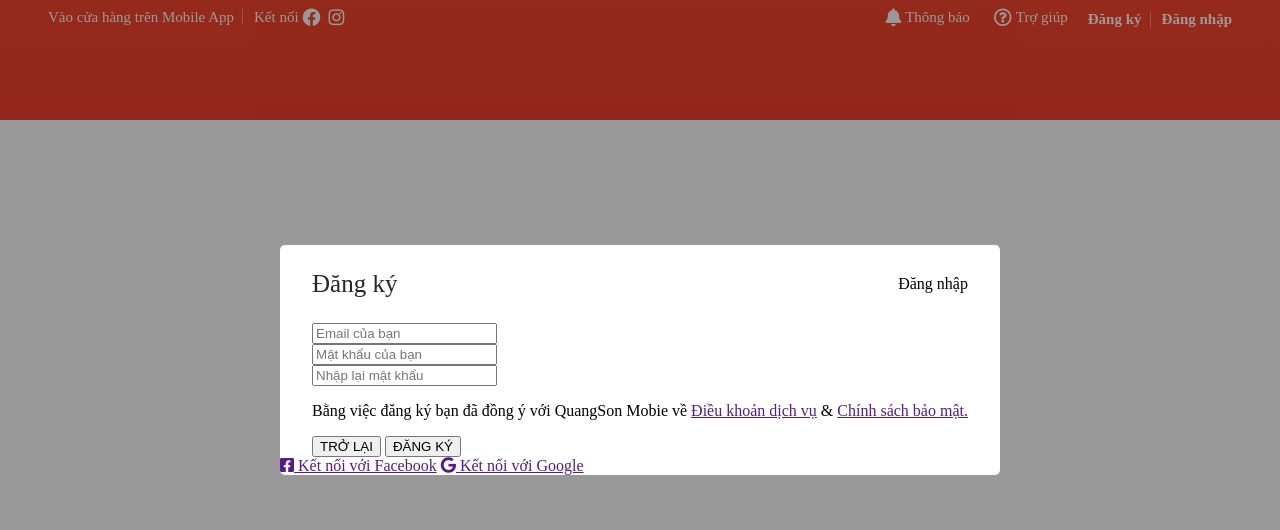
Repository: Qson412/BTL_Web
Page: index.html
These files come from the project's save history. The page is drawn as it stood at one moment and after the next save; the edit follows.
The browser window is 1280 px wide. The pictures show the whole page.

Above is the page before, as saved 2021-11-29 11:09:28.

### index.html
<!DOCTYPE html>
<html lang="en">

<head>
    <meta charset="UTF-8">
    <meta http-equiv="X-UA-Compatible" content="IE=edge">
    <meta name="viewport" content="width=device-width, initial-scale=1.0">
    <link rel="stylesheet" href="./base.css">
    <link rel="stylesheet" href="./main.css">
    <link rel="stylesheet" href="./fontawesome-free-5.15.4-web/css/all.min.css">
    <title>Trang trủ</title>
</head>

<body>
    <div class="app">
        <!-- HEADER -->
        <header class="header">
            <div class="grid">
                <nav class="header__navbar">
                    <ul class="header__navbar-list">
                        <li class="header__navbar-item header__navbar-item--has-qr header__navbar-item--separate">
                            Vào cửa hàng trên Mobile App
                            <!--Link Dowloads App in QR, GG Play and AppStore-->
                            <div class="header__qr">
                                <img src="./uploads/qr_code.png" alt="QR code" class="header__qr-img">
                                <div class="header__qr-app">
                                    <!--Link Dowloads App in GG Play-->
                                    <a href="https://play.google.com/store/apps/details?id=com.shopee.vn&hl=vi&gl=US"
                                        class="header__qr-link"><img src="./uploads/gg_play.png" alt="Google Play"
                                            class="header__qr-dowloads-img"></a>
                                    <!--Link Dowloads App in AppStore-->
                                    <a href="https://apps.apple.com/vn/app/id959841449" class="header__qr-link"><img
                                            src="./uploads/appstore.png" alt="App Store"
                                            class="header__qr-dowloads-img"></a>
                                </div>
                            </div>
                        </li>
                        <li class="header__navbar-item">
                            <span class="header__navbar-title--no-poiter">Kết nối</span>
                            <a href="https://www.facebook.com/" class="header__navbar-icon-link"><i
                                    class="header__navbar-icon fab fa-facebook"></i></a>
                            <a href="https://www.instagram.com/" class="header__navbar-icon-link"><i
                                    class="header__navbar-icon fab fa-instagram"></i></a>
                        </li>
                    </ul>

                    <ul class="header__navbar-list">
                        <li class="header__navbar-item header__navbar-item--has-notify"><a href="" class="header__navbar-item-link">
                                <i class="header__navbar-icon fas fa-bell"></i>
                                Thông báo</a>
                                <!-- Header Notification-->
                                <div class="header__notify">
                                    <header class="header__notify-header">
                                        <h3> Thông báo mới nhận</h3>
                                    </header>
                                    <ul class="header__notify-list">
                                        <li class="header__notify-item header__notify-item--viewed">
                                            <a href="" class="header__notify-link">
                                                <img src="https://cf.shopee.vn/file/3096ba0dd1902385608dca97184bb28b_tn" alt="" class="header__notify-img">
                                                <div class="header__notify-info">
                                                    <span class="header__notify-name">
                                                        Dòng điện thoại SamSung chính hãng vừa ra mắt. </span>
                                                    <span class="header__notify-descriotion">
                                                        Mô tả: SamSung Galaxy Z Fold3 5G.
                                                    </span>
                                                </div>
                                            </a>
                                        </li>

                                        <li class="header__notify-item header__notify-item--viewed">
                                            <a href="" class="header__notify-link">
                                                <img src="https://cf.shopee.vn/file/98a817a6d4d54cbe3c3f241815fc9c8f" alt="" class="header__notify-img">
                                                <div class="header__notify-info">
                                                    <span class="header__notify-name">
                                                        Siêu sale hàng chính hãng cùng Oppo </span>
                                                    <span class="header__notify-descriotion">
                                                        Mô tả: OPPO RENO 6(8GB | 128GB) - Hàng chính hãng.
                                                    </span>
                                                </div>
                                            </a>
                                        </li>

                                        <li class="header__notify-item header__notify-item--viewed">
                                            <a href="" class="header__notify-link">
                                                <img src="https://cf.shopee.vn/file/cd2c1b70c092a7ce16bf17bdd33a638e" alt="" class="header__notify-img">
                                                <div class="header__notify-info">
                                                    <span class="header__notify-name">
                                                        Xiaomi đang giảm giá dòng sản phẩm mới với giá cực sốc.</span>
                                                    <span class="header__notify-descriotion">
                                                        Mô tả: Xiaomi Redmi 10(4GB|128GB) - Hàng chính hãng.
                                                    </span>
                                                </div>
                                            </a>
                                        </li>
                                    </ul>
                                    <footer class="header__notify-footer">
                                        <a href="" class="header__notify-footer-btn">Xem tất cả</a>
                                    </footer>
                                </div>
                        </li>
                        <li class="header__navbar-item"><a href="" class="header__navbar-item-link">
                                <i class="header__navbar-icon far fa-question-circle"></i>
                                Trợ giúp</a>
                        </li>
                        <li class="header__navbar-item header__navbar-item--strong header__navbar-item--separate">Đăng
                            ký</li>
                        <li class="header__navbar-item header__navbar-item--strong">Đăng nhập</li>
                    </ul>
                </nav>
            </div>

        </header>

        <div class="container">

        </div>

        <footer class="footer">

        </footer>
    </div>
    <!-- Modal Body-->
    <div class="modal">
        <div class="modal__overlay"> </div>

        <div class="modal__body">
            <div class="modal__inner">
               <!-- Regiser/Login Form-->
               <div class="auth-form">
                   <div class="auth-form__container">
                    <div class="auth-form__header">
                        <h3 class="auth-form__heading">Đăng ký</h3>
                        <span class="auth-form__switch-btn">Đăng nhập</span>
                    </div>

                    <div class="auth-form__form">
                        <div class="auth-form__group">
                            <input type="text" class="auth-form__input" placeholder="Email của bạn">
                        </div>
                        <div class="auth-form__group">
                            <input type="password" class="auth-form__input" placeholder="Mật khẩu của bạn">
                        </div>
                        <div class="auth-form__group">
                            <input type="password" class="auth-form__input" placeholder="Nhập lại mật khẩu">
                        </div>
                    </div>
                    <div class="auth-form__aside">
                        <p class="auth-form__policy-text">Bằng việc đăng ký bạn đã đồng ý với QuangSon Mobie về
                        <a href="" class="auth-form__policy-link">Điều khoản dịch vụ</a> &
                        <a href="" class="auth-form__policy-link">Chính sách bảo mật.</a>
                        </p>
                    </div>
                    <div class="auth-form__controls">
                        <button class="btn">TRỞ LẠI</button>
                        <button class="btn btn--primary">ĐĂNG KÝ</button>
                    </div>
                   </div>

                    <div class="auth-form__socials">
                        <a href="" class="btn btn--with-icon">
                            <i class="fab fa-facebook-square"></i>
                            Kết nối với Facebook</a>
                        <a href="" class="btn btn--with-icon">
                            <i class="fab fa-google"></i>
                            Kết nối với Google</a>
                    </div>
               </div>
            </div>
        </div>
    </div>
</body>

</html>

### base.css
body{
    margin: 0;
    padding: 0;
}
.grid{
    width: 1200px;
    max-width: 100%;
    margin: 0 auto;
}

/* Animation */
@keyframes fadeIn{
    from{
        opacity: 0;
    }
    to{
        opacity: 1;
    }
}
/* Bien ma mau*/
:root{
    --primary-color: #ee4d2d;
}

/* Modal */
.modal{
    position: fixed;
    top: 0;
    right: 0;
    left: 0;
    bottom: 0;
    display: flex;
}

.modal__overlay{
    position: absolute;
    width: 100%;
    height: 100%;
    background-color: rgba(0,0,0, 0.4);
}

.modal__body{
    z-index: 1;
    position: relative;
   background-color: white;

    margin: auto;
    border-radius: 5px;
}

### main.css
.header{

    height: 120px;
    background-image: linear-gradient(0, #f63f2e, #f7462e);
}
.header__navbar{
    display: flex;
    justify-content: space-between;
}
.header__navbar-list{
    list-style: none;
    padding-left: 0;
    margin-top: 4px;
}

.header__navbar-icon-link{
    color: white;
    text-decoration: none;
}

.header__navbar-icon{
    font-size: 18px;
    margin: 0 4px;
}
.header__navbar-item{
    margin: 0 8px ;
    position: relative;
    min-height: 26px;
}
.header__navbar-item--has-qr:hover .header__qr{
    display: block;
}
.header__navbar-item--has-notify:hover .header__notify{
    display: block;
}
.header__navbar-item,
.header__navbar-item-link{
    display: inline-block;
    font-size: 15px;
    color: white;
    text-decoration: none;
   font-family: 'Times New Roman', Times, serif;
}
.header__navbar-item:hover,
.header__navbar-icon-link:hover,
.header__navbar-item-link:hover{
    cursor: pointer;
    color: rgba(255, 255, 255, 0.7);
}

.header__navbar-item,
.header__navbar-item-link,
.header__navbar-icon-link{
    display: inline-flex;
    align-items: center;
}
.header__navbar-item--strong{
    font-weight: 900;
}

.header__navbar-item--separate::after{
    content: "";
    display: block;
    position: absolute;
    border-left: 1px solid #FB9086;
    height: 16px;
    right: -9px;
    top: 50%;
    transform: translateY(-50%);
}

.header__navbar-title--no-poiter{
    cursor: text;
    color: white;
}

/* Header QR code */
.header__qr{
    width: 175px;
    background-color: white ;
    position: absolute;
    left: 0;
    top: 118%;
    padding: 8px;
    border-radius: 2px;
    display: none;
    animation: fadeIn ease-in 0.5s;
}
.header__qr::before{
    position: absolute;
    left: 0;
    top: -16px;
    width: 100%;
    height: 20px;
    content: "";
    display: block;
}
.header__qr-img{
    width: 100%;
}

.header__qr-app{
    display: flex;
    justify-content: space-between;
    /* width: 100%;*/
}

.header__qr-link:nth-child(1){
    margin-left: 11px;
}
.header__qr-link:nth-child(2){
    margin-right: 11px;
}
.header__qr-dowloads-img{
    height: 16px;
}
/* HEADER NOTI.fication */
.header__notify{
    position: absolute;
    top: 118%;
    width: 404px;
    border: 1px solid #d3d3d3;
    background-color: white;
    right: 0;
    cursor: default;
    transform-origin: calc(100% - 20px) top ;
    animation: headerNotifyGrowth ease-in 0.2s;
    /* Mo rong animation trong truong hop 1 so Web không ho tro Animation */
    -webkit-animation: headerNotifyGrowth ease-in 0.2s;
    will-change: opacity, transform;
    display: none;
}

.header__notify::before{
    content: "";
    border-width: 20px 27px;
    border-style: solid;
    border-color: transparent transparent white transparent;
    position: absolute;
    right: 4px;
    top: -28px;
}

.header__notify::after{
    content: "";
    display: block;
    position: absolute;
    width: 90px;
    height: 20px;
    right: 0;
    top: -16px;
}
@keyframes headerNotifyGrowth{
    from{
        opacity: 0;
        transform: scale(0);
    }
    to{
        opacity: 1;
        transform: scale(1);
    }
}
.header__notify-header{
    height: 40px;
    background-color: white;
}

.header__notify-header h3{
    color: #999;
    margin:0 0 0 12px;
    font-weight: 400;
    font-size: 15px;
    line-height: 40px;
    user-select: none;
}

.header__notify-list{
    padding-left: 0;
}

.header__notify-item{
    display: flex;
}

.header__notify-item:hover{
    background-color: #f7f7f7;
}
.header__notify-item--viewed{
    background-color: rgb(238, 75, 43 , 0.08);
}

.header__notify-link{
    display: flex;
    width: 100%;
    padding: 12px;
    text-decoration: none;
    background-color: rgb(238, 77, 45 , 0.08);
}

.header__notify-img{
    width: 50px;
    object-fit: contain;
}

.header__notify-info{
    margin-left: 12px;
}

.header__notify-name{
    display:block;
    font-size: 14px;
    color: black;
    font-weight: 400;
    line-height: 1.2rem;
}

.header__notify-descriotion{
    display: block;
    font-size: 12px;
    color: #756f6e;
    line-height: 1.6rem;
}

.header__notify-footer{
    display: flex;
}

.header__notify-footer-btn{
    text-decoration: none;
    color: #272626;
    width: 100%;
    padding: 8px 0;
    text-align: center;
}

/* Authel Modal */
.auth-form__container{
    padding: 0 32px;
}

.auth-form__header{
    display: flex;
    align-items: center;
    justify-content: space-between;
}

.auth-form__heading{
    font-size: 25px;
    font-weight: 400;
    color: rgb(37, 38, 39);

}

Loaded but not shown: fontawesome-free-5.15.4-web/css/all.min.css (library)

After the next save:
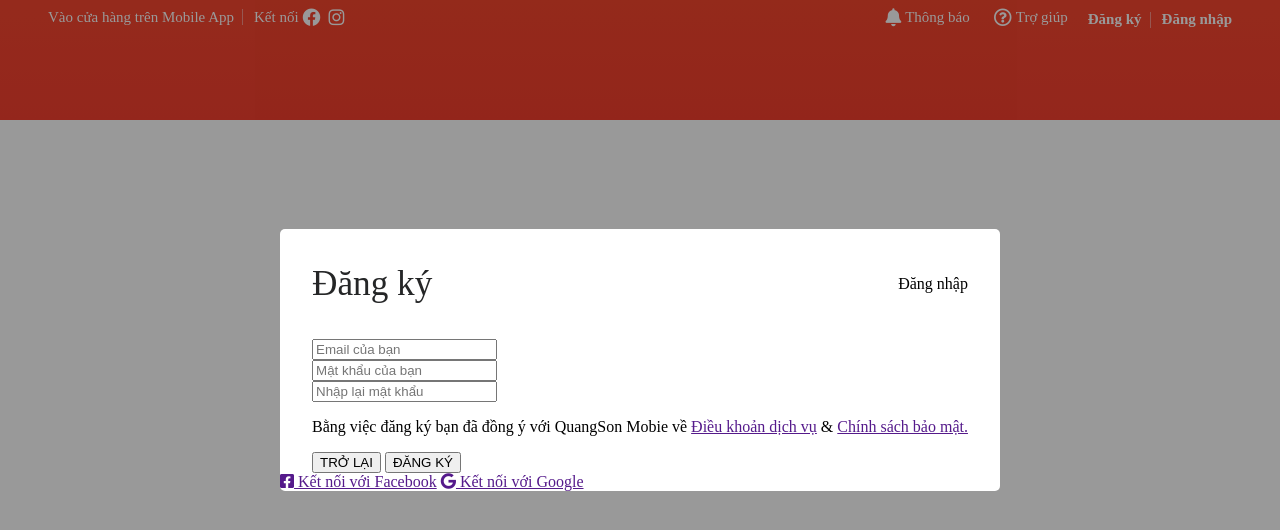
Saved 29 s later.
--- a/main.css
+++ b/main.css
@@ -245,8 +245,7 @@
 }
 
 .auth-form__heading{
-    font-size: 25px;
+    font-size: 2.2rem;
     font-weight: 400;
     color: rgb(37, 38, 39);
-
-}
+}
